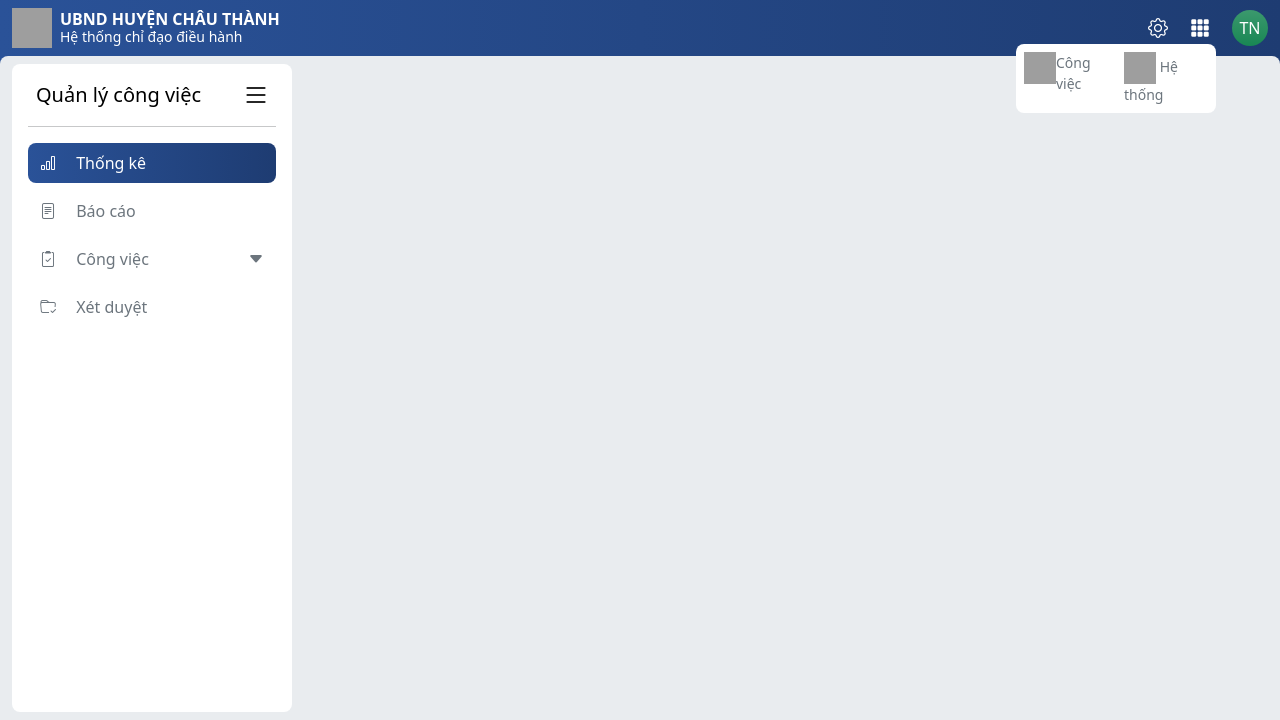
Repository: mys-pro/DATT-HeThongChiDaoDieuHanh
Page: index.html
The author's editor kept a copy of each file at every save. The page is drawn from the files as they stood at one save, then again after the next save.
The browser window is 1280 px wide. The pictures show the whole page.
Pictures or frames that could not be fetched are drawn as grey boxes.

Above is the page before, as saved 2024-04-21 15:09:39.

After the next save:
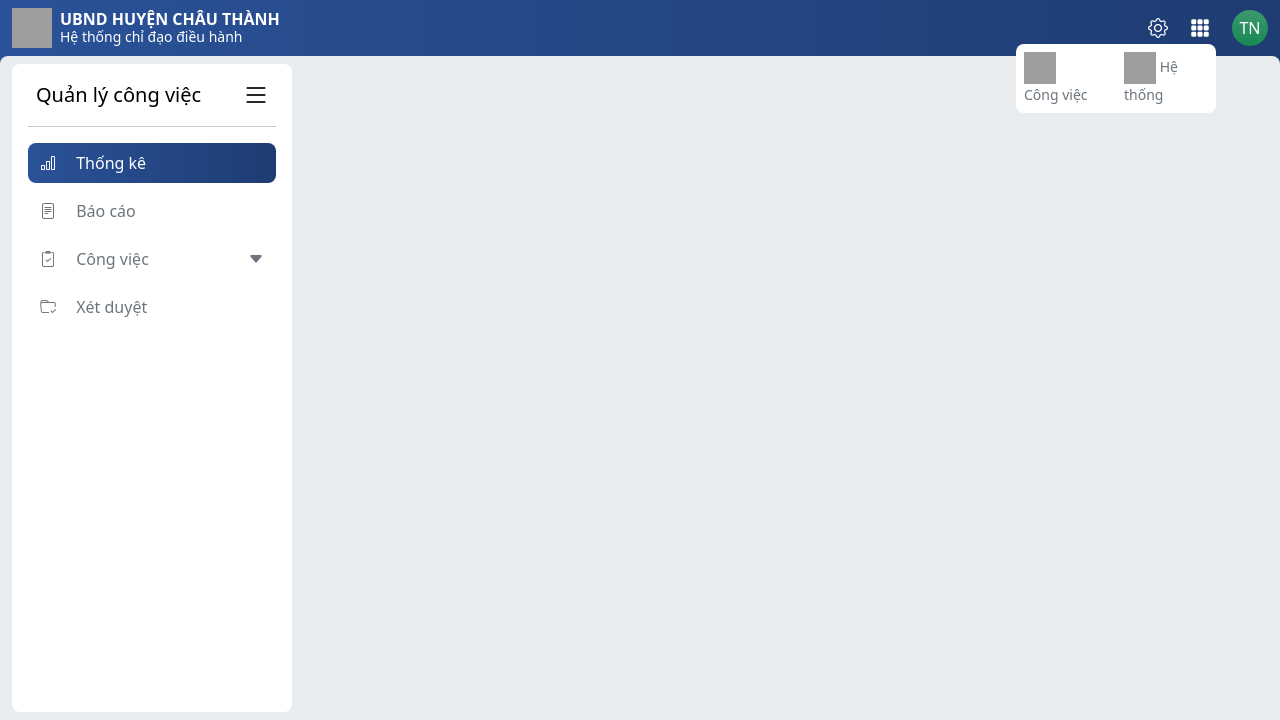
Saved 12 s later.
--- a/index.html
+++ b/index.html
@@ -41,7 +41,7 @@
                             <div class="list-apps bg-white rounded-3 position-absolute p-2">
                                 <div class="row row-cols-2 gx-3">
                                     <div class="col">
-                                        <a href="#" class="text-decoration-none text-secondary d-flex">
+                                        <a href="#" class="text-decoration-none text-secondary d-flex flex-column">
                                             <img src="./Assets/Image/task-icon.png" alt="" width="32px" height="32px">
                                             Công việc
                                         </a>
